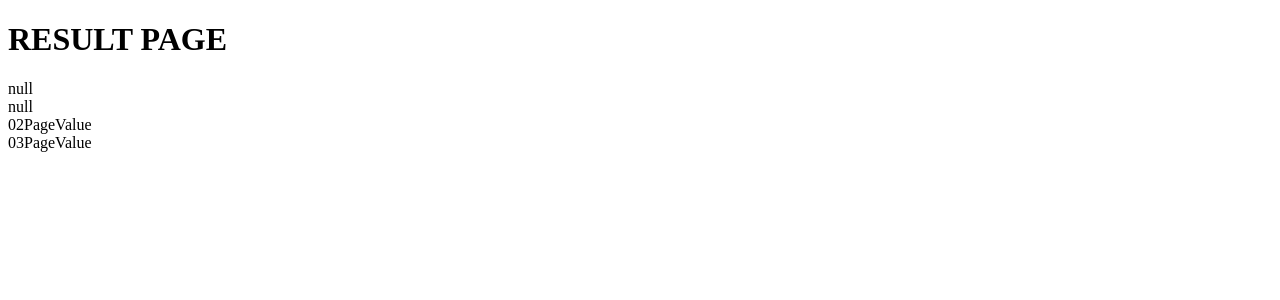
Repository: Leehj9094/JAVA_BOOK-
Page: http://localhost/01JSP/C04/Redirect/02Page.jsp
The author's editor kept a copy of each file at every save. The page is drawn from the files as they stood at one save, then again after the next save.
The browser window is 1280 px wide. The pictures show the whole page.
The page is served by Tomcat 9. Other server files are loaded and not shown.

Above is the page before, as saved 2025-04-02 02:42:41.

### JSP/01JSP/src/main/webapp/C04/Redirect/02Page.jsp
<%@ page language="java" contentType="text/html; charset=UTF-8"
    pageEncoding="UTF-8"%>

    <%
    	String username=request.getParameter("username");
    	String password=request.getParameter("password");
    	System.out.println("---------- 02PAGE ----------");
    	System.out.println("username : " + username);
    	System.out.println("password : " + password);
    	System.out.println("----------------------------");

    	request.setAttribute("02Page","02PageValue");
    	/* FORWARDING */
    	request.getRequestDispatcher("./03Page.jsp").forward(request, response);
    %>

<!DOCTYPE html>
<html>
<head>
<meta charset="UTF-8">
<title>Insert title here</title>
</head>
<body>

	<h1>02PAGE</h1>
	USERNAME : <%=username %><br>
	PASSWORD : <%=password %><br>

</body>
</html>

### JSP/01JSP/src/main/webapp/C04/Redirect/03Page.jsp
<%@ page language="java" contentType="text/html; charset=UTF-8"
    pageEncoding="UTF-8"%>

    <%
    	String username=request.getParameter("username");
    	String password=request.getParameter("password");
    	String page02Value = (String)request.getAttribute("02Page");
    	System.out.println("---------- 03PAGE ----------");
    	System.out.println("username : " + username);
    	System.out.println("password : " + password);
    	System.out.println("Page02Value : " + page02Value);
    	System.out.println("----------------------------");

    	request.setAttribute("03Page","03PageValue");
    	/* FORWARDING */
    	request.getRequestDispatcher("./04Result.jsp").forward(request, response);
    %>

<!DOCTYPE html>
<html>
<head>
<meta charset="UTF-8">
<title>Insert title here</title>
</head>
<body>

	<h1>03PAGE</h1>



</body>
</html>

### JSP/01JSP/src/main/webapp/C04/Redirect/04Result.jsp
<%@ page language="java" contentType="text/html; charset=UTF-8"
    pageEncoding="UTF-8"%>

        <%
    	String username=request.getParameter("username");
    	String password=request.getParameter("password");
    	String page02Value = (String)request.getAttribute("02Page");
    	String page03Value = (String)request.getAttribute("03Page");
    	System.out.println("---------- 04RESULT ----------");
    	System.out.println("username : " + username);
    	System.out.println("password : " + password);
    	System.out.println("Page02Value : " + page02Value);
    	System.out.println("Page03Value : " + page03Value);
    	System.out.println("---------------------------");
    %>


<!DOCTYPE html>
<html>
<head>
<meta charset="UTF-8">
<title>Insert title here</title>
</head>
<body>
	<h1>RESULT PAGE</h1>
	<%= username %><br/>
	<%= password %><br/>
	<%= page02Value %><br/>
	<%= page03Value %><br/>
</body>
</html>

After the next save:
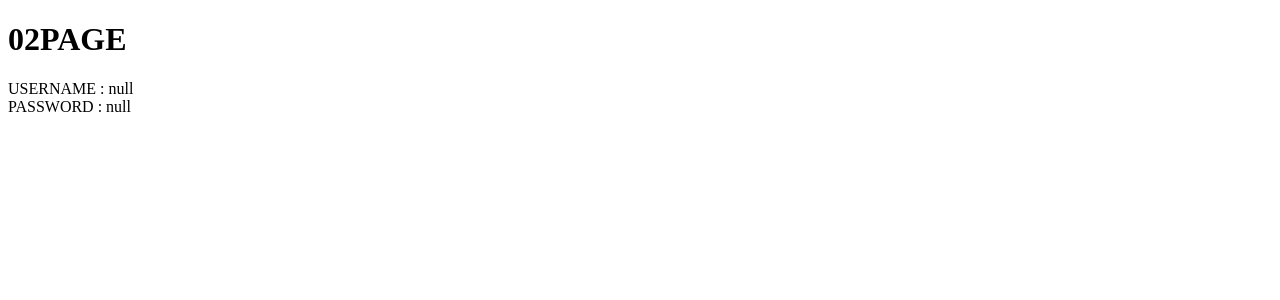
Saved 4 min 59 s later.
--- a/JSP/01JSP/src/main/webapp/C04/Redirect/02Page.jsp
+++ b/JSP/01JSP/src/main/webapp/C04/Redirect/02Page.jsp
@@ -10,8 +10,8 @@
     	System.out.println("----------------------------");
 
     	request.setAttribute("02Page","02PageValue");
-    	/* FORWARDING */
-    	request.getRequestDispatcher("./03Page.jsp").forward(request, response);
+    	/* REDIRECT
+    	*/
     %>
 
 <!DOCTYPE html>
